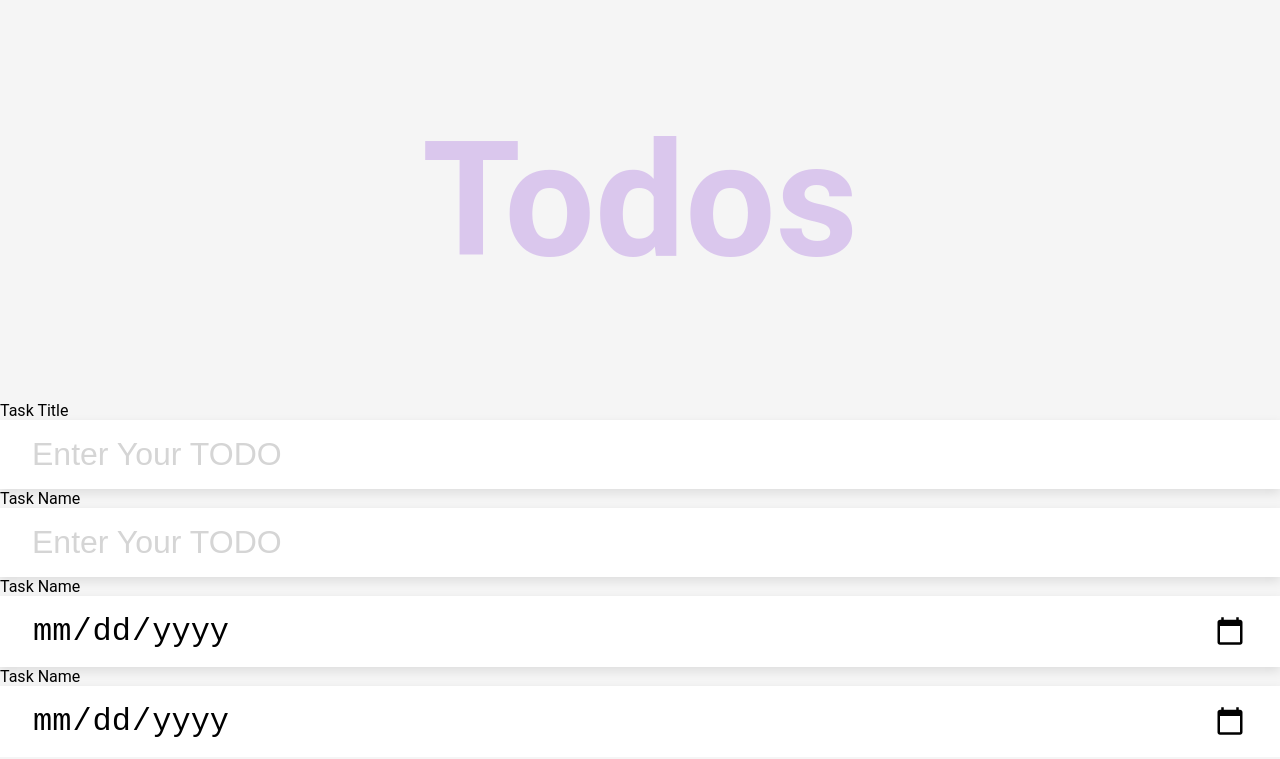
Repository: Surahailat/TypeScript
Page: Mini project 10-3/Project-TS.html
The author's editor kept a copy of each file at every save. The page is drawn from the files as they stood at one save, then again after the next save.
The browser window is 1280 px wide. The pictures show the whole page.

Above is the page before, as saved 2025-03-10 12:42:21.

### Mini project 10-3/Project-TS.html
<!DOCTYPE html>
<html lang="en">

<head>
    <meta charset="UTF-8">
    <meta name="viewport" content="width=device-width, initial-scale=1.0">
    <title>Document</title>
    <style>
        * {
            box-sizing: border-box;
        }

        body {
            background-color: #f5f5f5;
            font-family: "roboto", sans-serif;
            margin: 0;
        }

        h1 {
            color: rgb(179, 131, 226);
            font-size: 10rem;
            text-align: center;
            opacity: 0.4;

        }
    .input {
    width: 400px;
    max-width: 100%;
    box-shadow: 0px 4px 10px rgb(0, 0, 0, 0.1) ;
    margin: auto;
}.input{
    border: none;
    width: 100%;
    display: block;
    padding: 1rem 2rem;
    font-size: 2rem;
}.input::placeholder{
    color: #d5d5d5;

}
    </style>
</head>

<body>
    <h1>Todos</h1>
    <Label>Task Title</Label>
    <input type="text" class="input" placeholder="Enter Your TODO" autocomplete="off" id="input">
    <Label>Task Name</Label>
    <input type="text" class="input" placeholder="Enter Your TODO" autocomplete="off" id="input">
    <Label>Task Name</Label>
    <input type="date" class="input" placeholder="Enter Your TODO" autocomplete="off" id="input">
    <Label>Task Name</Label>
    <input type="date" class="input" placeholder="Enter Your TODO" autocomplete="off" id="input">

</body>

</html>

After the next save:
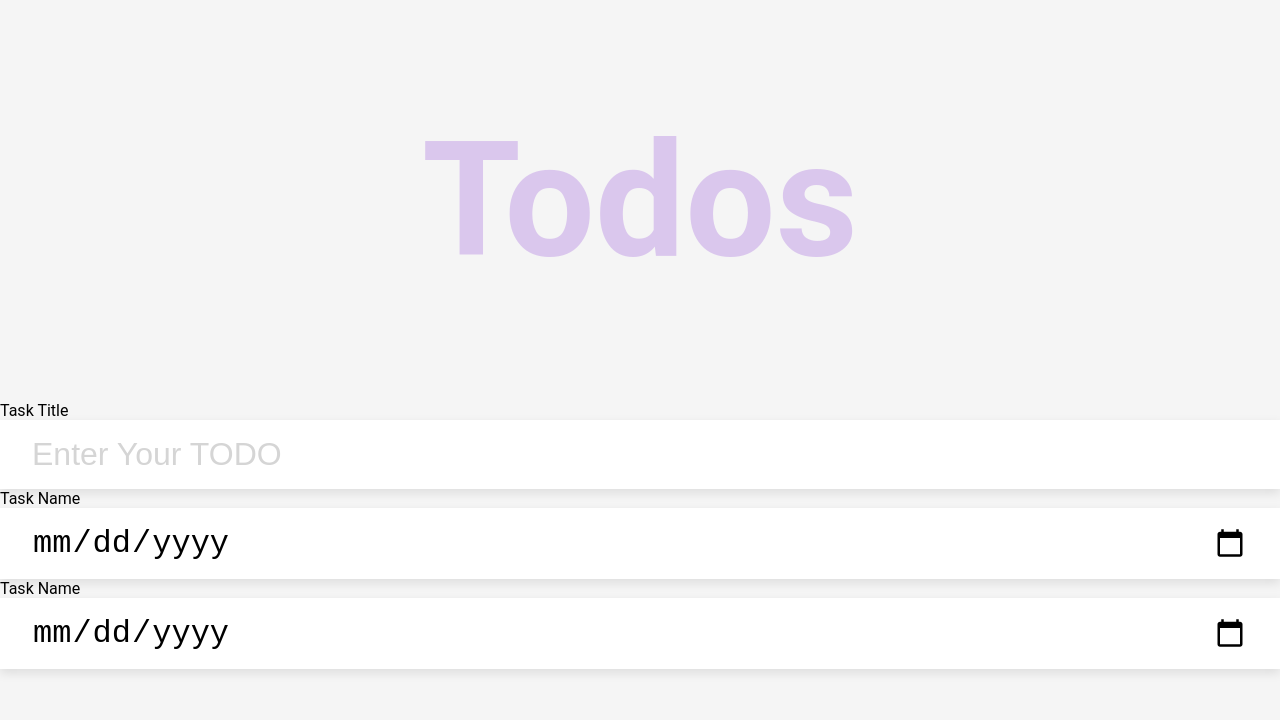
Saved 44 s later.
--- a/Mini project 10-3/Project-TS.html
+++ b/Mini project 10-3/Project-TS.html
@@ -46,8 +46,6 @@
     <Label>Task Title</Label>
     <input type="text" class="input" placeholder="Enter Your TODO" autocomplete="off" id="input">
     <Label>Task Name</Label>
-    <input type="text" class="input" placeholder="Enter Your TODO" autocomplete="off" id="input">
-    <Label>Task Name</Label>
     <input type="date" class="input" placeholder="Enter Your TODO" autocomplete="off" id="input">
     <Label>Task Name</Label>
     <input type="date" class="input" placeholder="Enter Your TODO" autocomplete="off" id="input">
